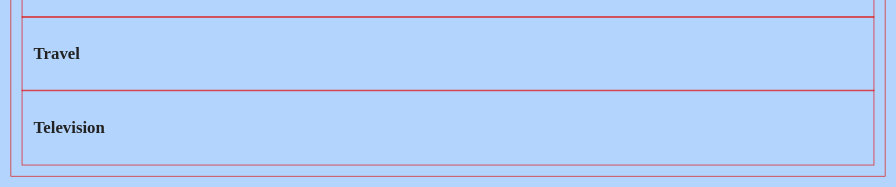
Repository: sierralaurent/MDIA2003-LAB03
Page: LAB03/index.html
An editor plug-in stored every save of this project. The page is shown before and after the next save, followed by the edit.
The browser window is 1280 px wide. The pictures show the part of the page from y = 646 to 2566 px (the page is 913 px tall before and 2669 px after), at 70% of full size.

Above is the page before, as saved 2023-01-18 08:21:09.

After the next save:
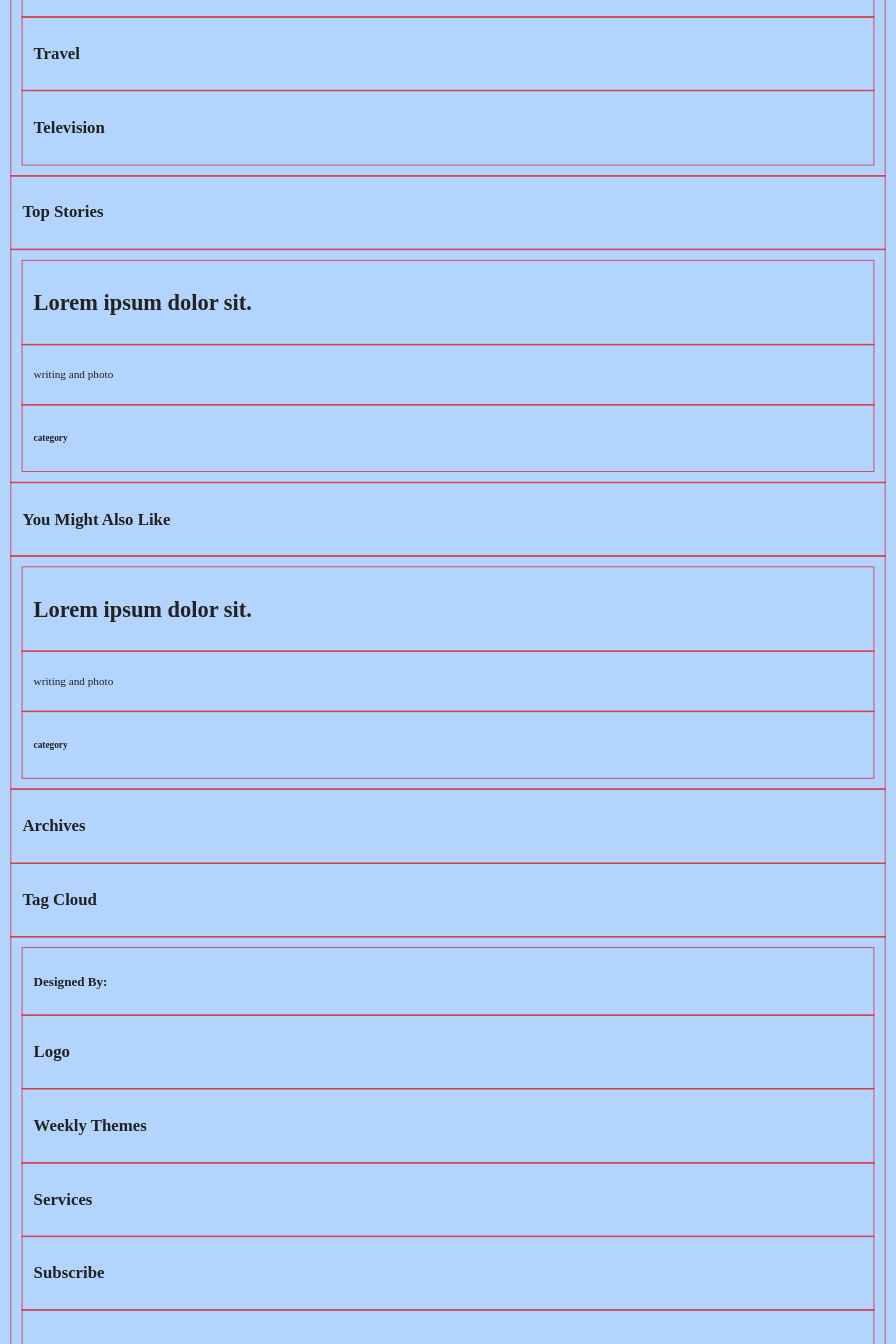
Saved 6 min 40 s later.
--- a/LAB03/index.html
+++ b/LAB03/index.html
@@ -43,6 +43,28 @@
         <div><h2>Travel</h2></div>
         <div><h2>Television</h2></div>
       </div>
+      <div><h2>Top Stories</h2></div>
+      <div>
+        <div><h1>Lorem ipsum dolor sit.</h1></div>
+        <div><p>writing and photo</p></div>
+        <div><h5>category</h5></div>
+      </div>
+      <div><h2>You Might Also Like</h2></div>
+      <div>
+        <div><h1>Lorem ipsum dolor sit.</h1></div>
+        <div><p>writing and photo</p></div>
+        <div><h5>category</h5></div>
+      </div>
+      <div><h2>Archives</h2></div>
+      <div><h2>Tag Cloud</h2></div>
+      <div>
+        <div><h3>Designed By:</h3></div>
+        <div><h2>Logo</h2></div>
+        <div><h2>Weekly Themes</h2></div>
+        <div><h2>Services</h2></div>
+        <div><h2>Subscribe</h2></div>
+        <div><h1>Footer</h1></div>
+      </div>
 
   </div>
 
